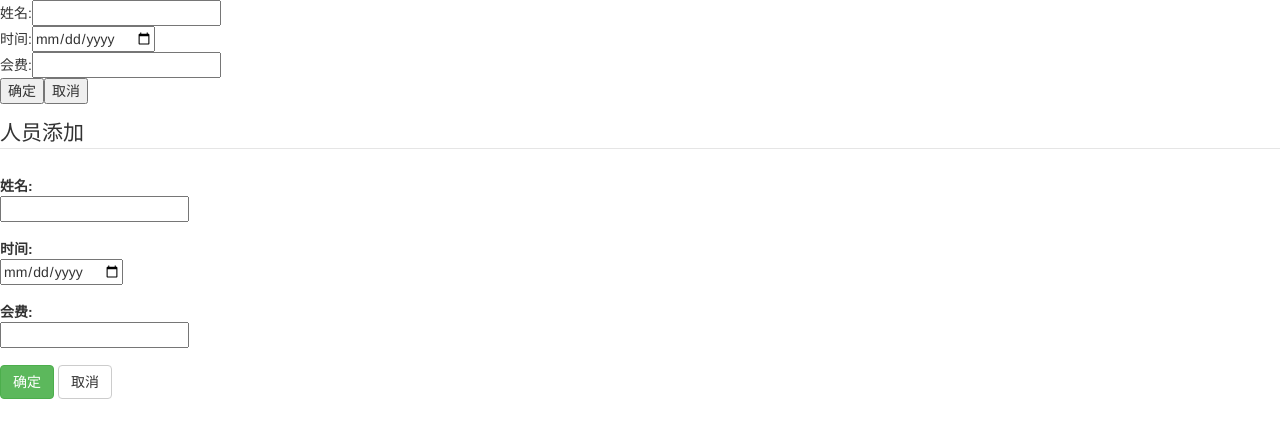
Repository: HelloChuang/HelloChuang-EclipseWorkSpace
Page: http://localhost/RetestServlet2/user_update.jsp
The author's editor kept a copy of each file at every save. The page is drawn from the files as they stood at one save, then again after the next save.
The browser window is 1280 px wide. The pictures show the whole page.
The page is served by Tomcat 9.

Above is the page before, as saved 2018-10-31 07:17:50.

After the next save:
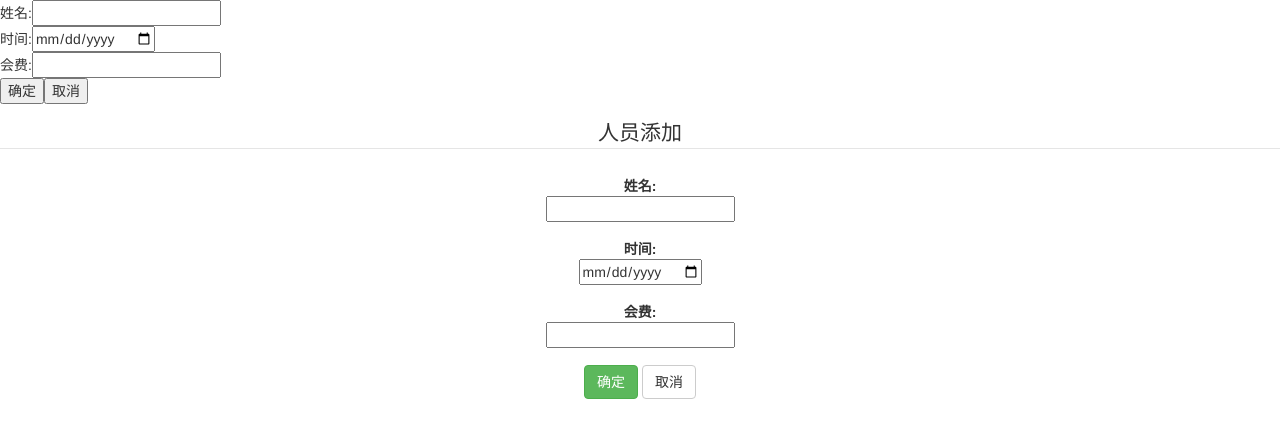
Saved 37 s later.
--- a/EclipseWorkSpace/RetestServlet2/WebContent/user_update.jsp
+++ b/EclipseWorkSpace/RetestServlet2/WebContent/user_update.jsp
@@ -20,7 +20,7 @@
 </form>
 
 
- <form class="form-horizontal" action="UpdateUserAction">
+ <form class="form-horizontal" action="UpdateUserAction" align="center">
     <fieldset>
       <div id="legend" class="">
         <legend class="">人员添加</legend>

After the save that followed:
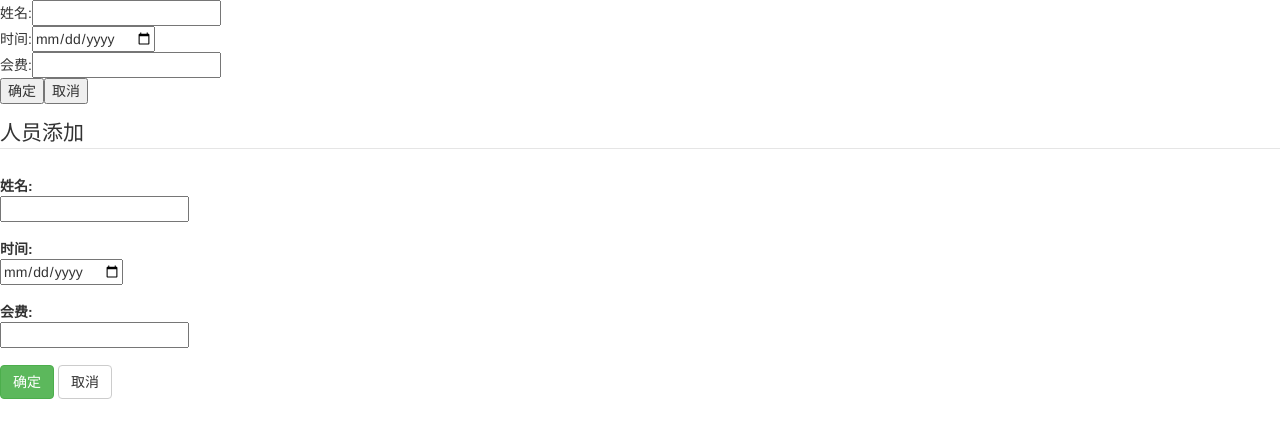
Saved 18 s later.
--- a/EclipseWorkSpace/RetestServlet2/WebContent/user_update.jsp
+++ b/EclipseWorkSpace/RetestServlet2/WebContent/user_update.jsp
@@ -20,7 +20,7 @@
 </form>
 
 
- <form class="form-horizontal" action="UpdateUserAction" align="center">
+ <form class="form-horizontal" action="UpdateUserAction" >
     <fieldset>
       <div id="legend" class="">
         <legend class="">人员添加</legend>
